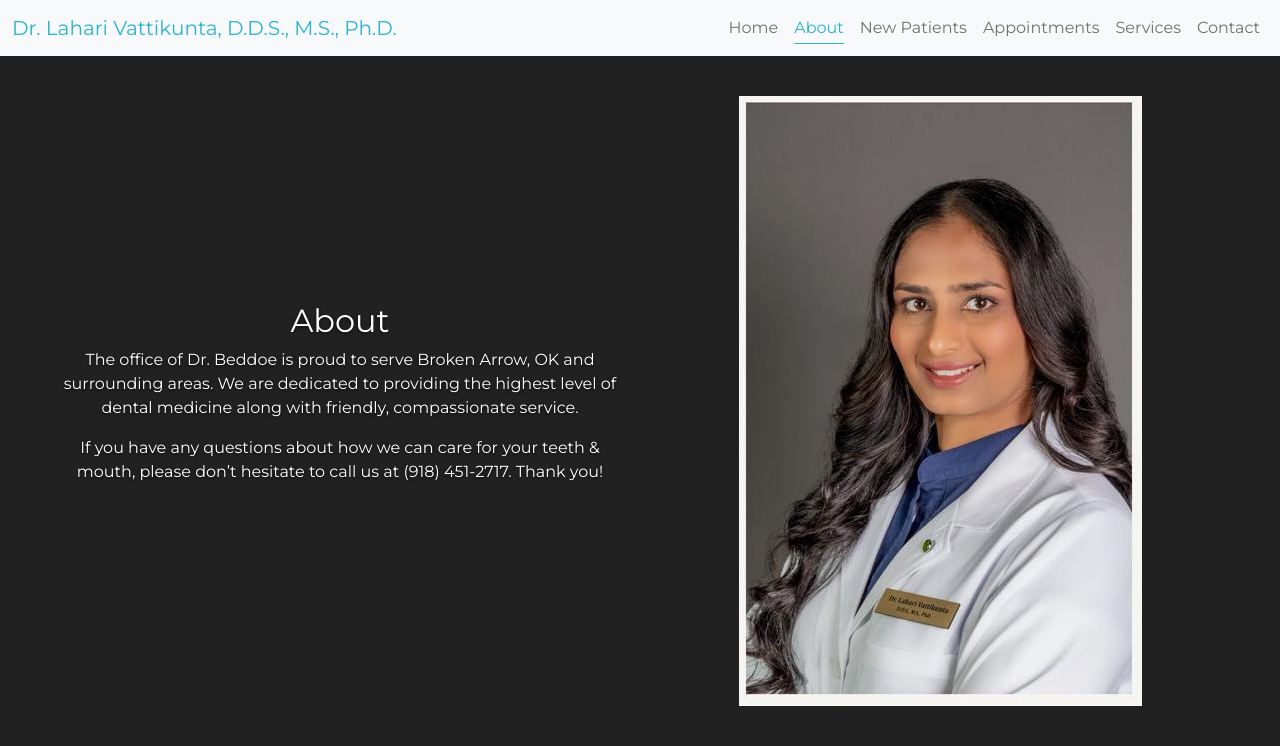
Repository: vineetha2438/baperio
Page: about.html
These files come from the project's save history. The page is drawn as it stood at one moment and after the next save; the edit follows.
The browser window is 1280 px wide. The pictures show the whole page.

Above is the page before, as saved 2022-11-14 21:07:04.

After the next save:
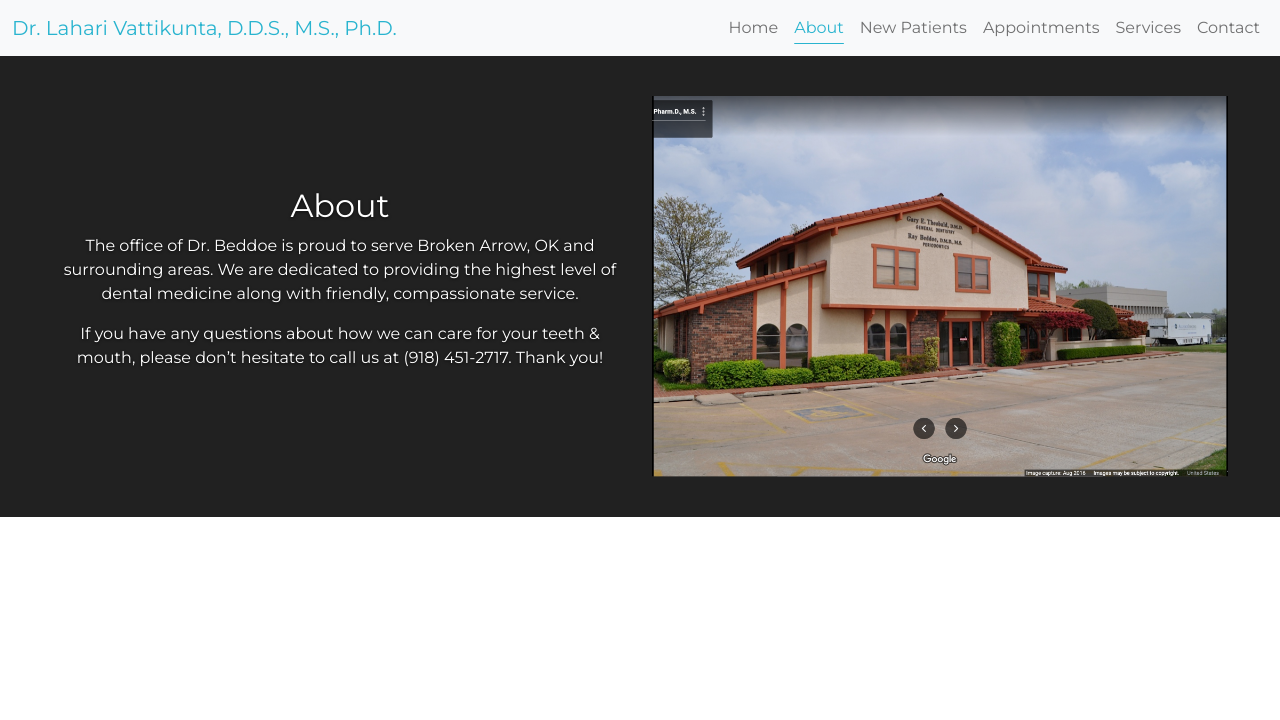
Saved 2 min 4 s later.
--- a/about.html
+++ b/about.html
@@ -61,7 +61,7 @@
           451-2717. Thank you!</p>
       </div>
       <div class="col-sm-12 col-md-6">
-        <img src="doctor.jpg" class="img-fluid" />
+        <img src="clinic.png" class="img-fluid" />
       </div>
     </div>
   </div>
